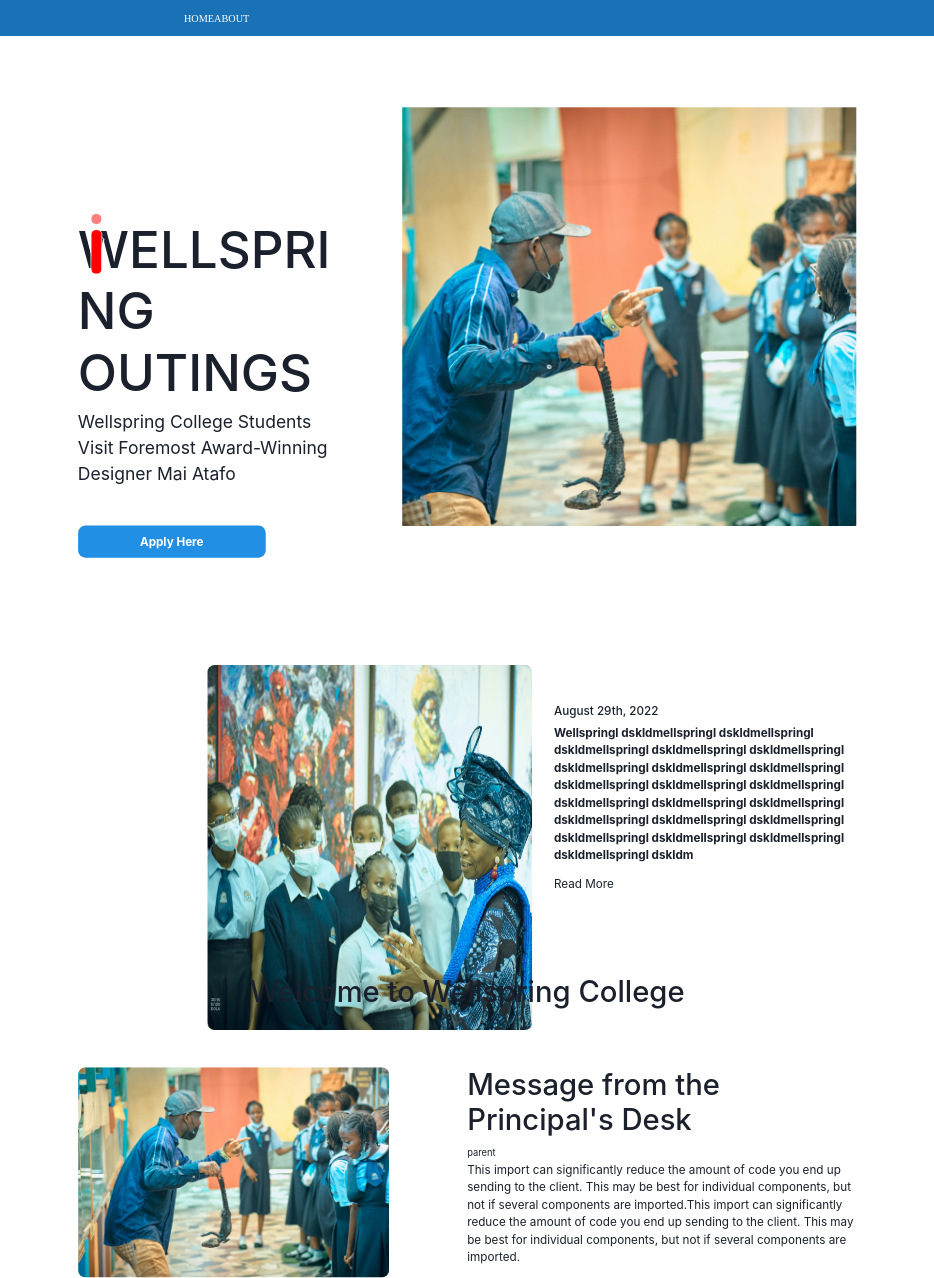
Repository: gr8skills/wellspring-school-forked
Page: /
These files come from the project's save history. The page is drawn as it stood at one moment and after the next save; the edit follows.
The browser window is 1280 px wide. The pictures show the whole page, at 73% of full size.
The project was rebuilt for these pictures with package versions that can differ from the ones it lists, and the page was loaded fresh each time. Also part of the build but not shown: src/components/Navbar/Dropdown.scss, src/components/Navbar/Dropdown.js, src/components/Calendar/Calendar.js.

Above is the page before, as saved 2022-12-01 18:19:47.

### src/index.css
body {
  /* margin: 0;
  font-family: -apple-system, BlinkMacSystemFont, 'Segoe UI', 'Roboto', 'Oxygen',
    'Ubuntu', 'Cantarell', 'Fira Sans', 'Droid Sans', 'Helvetica Neue',
    sans-serif;
  -webkit-font-smoothing: antialiased;
  -moz-osx-font-smoothing: grayscale; */
}

/* code {
  font-family: source-code-pro, Menlo, Monaco, Consolas, 'Courier New',
    monospace;
} */

### src/App.js
import logo from './logo.svg';
import './App.css';
import { BrowserRouter, Routes, Route, Link, Outlet } from "react-router-dom";
import "bootstrap/dist/css/bootstrap.min.css";

import NavBar from './components/Navbar/Navbar';
import { Home } from './pages/Home/Home';

function App() {
  return (


    <BrowserRouter>
      <NavBar />

      <Routes>
        <Route path="/" element={<Home />} />
        {/* <Route path="users" element={<Users />}>
          <Route path="me" element={<OwnUserProfile />} />
          <Route path=":id" element={<UserProfile />} />
        </Route> */}
      </Routes>
    </BrowserRouter>
  );
}

export default App;

### src/App.css
body{
}

.App {
  text-align: center;
    background-color:black;

}

.App-logo {
  height: 40vmin;
  pointer-events: none;
}

@media (prefers-reduced-motion: no-preference) {
  .App-logo {
    animation: App-logo-spin infinite 20s linear;
  }
}


@keyframes App-logo-spin {
  from {
    transform: rotate(0deg);
  }
  to {
    transform: rotate(360deg);
  }
}

### src/pages/Home/Home.js

import Carousel from "react-bootstrap/Carousel";
import Slider1 from "../../assets/slider1.png";
import Slider2 from "../../assets/slider2.png";
import { Sliders } from "../../components/Sliders/Sliders";
import { Button, ButtonGroup } from "@chakra-ui/react";

import "./_home.scss";
import { AppButton } from "../../components/AppButton/AppButton";
import { Calendar } from "../../components/Calendar/Calendar";
import { News } from "../../components/News/News";
export const Home =()=>{
    return (
      <>
        <div className="home-page-trans col-md-12 flexy">
          <div className="col-md-1">&nbsp;</div>
          <div className="col-md-10">
            {" "}
            <Carousel fade>
              <Carousel.Item>
                <div className="col-md-12 flexy">
                  <div className="col-md-4 slider-label">
                    <h1>Beyond the Classroom</h1>
                    <p>
                      Wellspring College Students Visit Foremost Award-Winning
                      Designer Mai Atafo
                    </p>
                  </div>
                  <div className="col-md-1">&nbsp;</div>
                  <div className="col-md-7">
                    <img
                      className="col-md-12 imgCaro"
                      src={Slider1}
                      alt="Scholar"
                    />
                  </div>
                </div>
              </Carousel.Item>

              <Carousel.Item>
                <div className="col-md-12 flexy">
                  <div className="col-md-4 slider-label">
                    <h1>WELLSPRING OUTINGS</h1>
                    <p>
                      Wellspring College Students Visit Foremost Award-Winning
                      Designer Mai Atafo
                    </p>
                  </div>
                  <div className="col-md-1">&nbsp;</div>

                  <div className="col-md-7">
                    <img
                      className="col-md-12 imgCaro"
                      src={Slider2}
                      alt="Scholar"
                    />
                  </div>
                </div>
              </Carousel.Item>
            </Carousel>
            <AppButton text="Apply Here" />
            {/* <Calendar month="Nov" day="10" year="2022" event="Open Day" time="10:00am-3:00pm"/> */}
            <News />
          </div>
        </div>
        <div className="col-md-12 welcome-message-title">
          <Sliders
            header="Welcome to Wellspring College"
            message="This import can significantly reduce the amount of code you end up sending to the client. This may be best for individual components, but not if several components are imported.This import can significantly reduce the amount of code you end up sending to the client. This may be best for individual components, but not if several components are imported."
            sliderImg={Slider2}
            title="Message from the Principal's Desk"
            speaker="parent"
          />
        </div>
      </>
    );
}

### src/components/Navbar/MenuItems.js
export const navMenus = {
    about: [
        // {title: 'About ' + process.env.REACT_APP_SITE_NAME, path: '/about', cName: 'dropdown-link'},
        // {title: 'Administrator’s Message', path: '/about/administrators-message', cName: 'dropdown-link'},
        // {title: 'Proprietor’s Message', path: '/about/proprietors-message', cName: 'dropdown-link'},
        // {title: 'History of the School', path: '/about/history', cName: 'dropdown-link'},
        // {title: 'Contact Us', path: '/about/contact-us', cName: 'dropdown-link'},
    ]
}

export default navMenus;

### src/components/Navbar/NavBar.module.css


.navCont{
    position: relative;
    /* display: flex; */
    width:25%;
    /* justify-content: space-between; */
    /* margin: 0 auto; */
    /* max-height: 5rem; */
    padding-left:220px;

}

.nav-links{
    font-size:10px !important;
}


.imgCont{
    position: relative;
}

/* .imgContent{
    position: absolute;
    z-index: 1;
    height: 6vw;

} */

/* .btnPortal{
    background-color: #4CA14900;
    color: #fff;
    height: 2.5rem;
    width: 7rem;
    font-size: 18px;
    border-radius: 5px;
    position: relative;
    outline: 0;
    border: 0;
    transition: 1.5s scale linear;
} */

/* .btnPortal:focus{
    outline: 0;
    border: 0;
} */

/* .btnPortal:hover{
    transform: scale(1.02);
    background-color: #4CA149CF;
} */

/* .fIcon{
    width: 30px;
    height: 30px;
    padding: 5px 5px;
    transform: translate(-6px, -1px);
} */

/* @media screen and (max-width: 960px) {
    .navCont{
        position: relative;
        display: flex;
        width: 100%;
        justify-content: space-between;
        margin: 0 auto;
        max-height: 5rem;

    }

    .imgContent{
        position: absolute;
        z-index: 1;
        height: 16vw;

    }

}


 */

### src/components/Navbar/_navbar.scss
@import "../../variables";





.navContainer{
    background:$themecolor;
    min-height: 3rem;
    position: fixed;
    z-index: 1;
    right: 0;
    width: 100%;
    top: 0;
}


.nav-list{
    display: flex;
    max-width: 70%;
    width: 70%;
    justify-content: space-between;
    list-style: none;
    color: #fff;
    font-family: monserat;
    transform: translateY(54%);
    margin: 0 !important;
}

.nav-list li{
    line-height: 25px;
    text-align: center;
    margin: 0;
    font-size: 14px;

}

/* .nav-list li a{
    color: #fff;
} */


.nav-item {
    height: auto;
    justify-content: center;
    display: flex;
}

.menu-icon{
    display: none;
}




.nav-links {
    color: #fff;
    display: flex;
    align-items: center;
    text-decoration: none;
    height: 100%;
    transition: all 0.2s ease-out;

}

.nav-links:hover {
    background-color: #fff;
    text-decoration: none;
    // padding:5px;
    color:$themecolor;
}


@media screen and (max-width: 600px) {
    .ph{
        display: none;
    }

@media screen and (max-width: 960px) {
    .nav-list{
        display: none;
    }
}

    .menu-icon{
        display: block;
    }

    .nav-list{
        display: flex;
        flex-direction: column;
        position: absolute;
        height: 42rem;
        width: 100%;
        max-width: 100% !important;
        top: 48px;
        transform: translateY(4%);
        /* z-index: 999; */
        opacity: 1;
        right: -100%;
        transition: all .5s linear;
    background-color: #4CA149;

    }
.mainMenu li a{
    line-height:20px !important;

}
    .nav-list.active{
        transition: all 0.3s ease-out;
        visibility: visible;
        transition: all .5s linear;
        right: 0;
        /* z-index: 1; */
    }

    .nav-list.active li {
        font-size: 4vw;
        position: relative;
        margin: 30px 0;
    }


    .fa-times{
        position: relative;
        float: right;
        width: 100%;
    }

    .fa-times, .fa-bars{
        font-size: 40px;
        color: #feed00;
        transition: all 1.5ms linear;
        transform: translate(-29px, 17px);

    }
.nav-links{
    display:none;
}
}




@media screen and (min-width: 960px) {
    .wrapper{
        display:none;
    }
}



/*for sidenav*/




.ph:hover{
    background-color:rgb(255, 165, 0) !important;
    opacity:1 !important
}
.wrapper{
    position: absolute;
    top: 50%;
    left: 50%;
    transform: translate(-50%, -50%);

}
.mainMenu{
    width: 250px;
    display: block;
    border-radius: 10px;
    overflow: hidden;
}
.mainMenu a{
  font-size:20px !important;
  font-weight:bold !important;
      font-family: monserat;
      /* margin-bottom:-20px; */
}
.item{
    border-top: 1px solid orange;
    overflow: hidden;
margin: top 0;
line-height: 20px !important;
}
.btn{
    display: block;
    padding: 15px 20px;
    color: #fff;
    position: relative;
    padding-left:5px !important;
    /* text-align:left !important; */

}
.btn:before{
    content: '';
    position: absolute;
    width: 0;
    height: 0;
    border-left: 8px solid transparent;
    border-right:8px solid transparent;
    /* border-top:10px solid rgba(0,128,0,0.9); */
    right: 15px;
    bottom: -10px;
    z-index: 9;

}
.btn i {
    margin-right: 7px;
    margin-left: -5px;
    font-size: 13px;
}
.subMenu{
    /* background:#A3DA8D !important; */
      overflow: hidden;
        /* background:rgba(78,161,73, 0.1)!important; */
        background:rgba(178,161,173, 0.1)!important;

    transition: max-height 0.7s;
max-height: 0;
z-index:300000000 !important;
position:relative !important;

}
.subMenu a{
    display: block;
    /* padding: 5px 10px !important; */
    color: #fff !important;
    font-size: 14px !important;
    border-bottom: 1px solid #394c7f;
    position: relative;
    margin-top:5px !important;


}
.subMenu a:before{
    content: '';
    opacity: 0;
    transition: opacity 0.3s;

}
.subMenu a:hover:before{
    content: '';
    position: absolute;
    height: 0;
    width: 6px;
    left: 0;
    top:0;
    opacity: 1;
    /* background-color: #d8d824; */
    border-top: 24px solid transparent;
    border-left: 11px solid #ffffff;
    border-bottom: 24px solid transparent;
}
.subMenu a:after{
    content: '';
    opacity: 0;
    transition: opacity 0.3s;

}
.subMenu a:hover:after{
    content: '';
    position: absolute;
    height: 0;
    width: 6px;
    right: 0px;
    top:0;
    opacity: 1;
    /* background-color: #d8d824; */
    border-top: 24px solid transparent;
    border-right: 11px solid #ffffff;
    border-bottom: 24px solid transparent;
}
.subMenu a:hover{
   background-color:orange;
    transition: all 0.3s;
    border-bottom: 2px solid #394c7f;
}
.subMenu a:last-child{
    border:none;
}
.item:target .subMenu{
    max-height: 300px;
        /* transition: max-height 0.7s !important; */

}

.login{
  background-color:#ED2f59;
  padding:5px 14px 5px 14px !important;
  border-radius:5px;
margin-right:55px;
margin-left:30px;
font-family: 'Poppins', sans-serif;

  }



.portal{
  background-color:rgb(221, 156, 35);
  /* padding:7px; */
  width:120px;
  margin-left:50px;
  border-radius:5px;
 padding:7px !important;
 font-size:5px !important;
 color:white !important;
    /* padding-bottom:6px !important; */
  margin-top:20px !important;
   font-size:11px !important;
      text-decoration: none;

  }

  .portal a{

  }

### src/components/Sliders/Sliders.js
import './_sliders.scss'

export const Sliders=(props)=>{
    return (
      <>
        <div className="col-md-12 slider-header">
          <h1>{props.header}</h1>
        </div>
        <div className="col-md-12 flexy slider-container">
          <div className="col-md-1">&nbsp;</div>
          <div className="col-md-4">
            <img
              className="col-md-12 imgCaro"
              src={props.sliderImg}
              alt="Scholar"
            />
          </div>
          <div className="col-md-1">&nbsp;</div>
          <div className="col-md-5">
            <h1>{props.title}</h1>
            <small>{props.speaker}</small>
            <p>{props.message}</p>
          </div>
        </div>
      </>
    );
}

### src/pages/Home/_home.scss
@import "../../variables";
@import "../../shared-styles";



.home-page-trans{
    img{
            margin-top:147px;
            height:100% !important;

    }
    .slider-label{
        margin-top:300px;
        h1{
                    font-size:70px;

        }
        p{
            font-size:24px;
        }
    }
    .carousel {
    position: relative;
    z-index: 0;

}
.carousel-inner {
    position: relative;
    width: 100%;
    overflow: hidden;
    height: 100vh;
}

.imgCaro{
    width: 100%;
    height: 100%;
    object-fit: cover;
}

.carousel-indicators > button.active {
    opacity: 1;
    max-width: 14px !important;
    max-height:60px  !important;
    min-width: 14px !important;
    min-height:60px  !important;
    background-color: red !important;
    border-color: #fff !important;
    outline: none;
    border: none;
    border-radius: 7px !important;

}

.carousel-indicators button{
    max-width: 14px !important;
    max-height: 14px !important;
    min-width: 14px !important;
    min-height: 14px !important;
    margin: 3px 5px !important;
    border-radius: 7px !important;
    background-color: red!important;
    border: 1px solid #fff !important;
    transition: all .5s linear ;

}

.carousel-indicators button:focus{
        outline:0;
        border-color: #4287BD;
}
.carousel-indicators  {
    position: absolute;
    right: 0;
    bottom: 10px;
    left: 0;
    z-index: 15;
    display: flex;
    flex-direction: column;
    height: 100%;
    justify-content: center;
    padding-left: 0;
    margin-right: 0;
    margin-left: 1vw;
    list-style: none;
    outline: none;
    border: none;
}

.carousel-control-next {
    left: 1vw;
    transform: rotate(-91deg);
    position: absolute;
    margin-top: 15% !important;
    justify-content: right !important;
    height: 10px;
    width: 18px !important;
    font-size: 50px;

}
.carousel-control-prev {
    left: 1.5vw;
    transform: rotate(91deg) !important;
    position: absolute;
    margin-top: 30% !important;
    justify-content: right !important;
    height: 10px;
    font-size: 50px;
    width: 20px !important;
}
// .carousel-control-prev::after{
//     content: url('../../assets/DownArrows.svg');
//     background-color: red;
//     font-size: 54px;
//     z-index: 100;
//     right: 0;
//     width: 20px;
//     height: 80px;
// }
// .carousel-control-next::after{
//     content: url('../../assets/DownArrows.svg');
//     background-color: red !important;
//     font-size: 54px;
//     z-index: 1000000000000000000000000000;
//     position:relative;
//     right: 0;
//     width: 20px;
//     height: 80px;
// }
}

### src/components/AppButton/AppButton.js
import { Button, ButtonGroup } from "@chakra-ui/react";
import "./_app-button.scss";
export const AppButton =(props)=>{
    return (
      <button className="app-button">
        {props.text}
      </button>
    );
}

### src/components/News/News.js
import "./_news.scss";
import Slider1 from "../../assets/slider1.png";
import { Link, NavLink } from "react-router-dom";

export const News=()=>{
return (
  <>
    <div className="col-md-12 flexy news-container">
      <div className="col-md-2">&nbsp;</div>
      <div className="col-md-10 flexy">
        <div className="col-md-6">
          {" "}
          <img className="col-md-12" src={Slider1} alt="Scholar" />
        </div>
        <div className="col-md-6 news-description">
          <h6>August 29th, 2022</h6>
          <p>
            <strong>Wellspringl dskldmellspringl dskldmellspringl dskldmellspringl dskldmellspringl dskldmellspringl dskldmellspringl dskldmellspringl dskldmellspringl dskldmellspringl dskldmellspringl dskldmellspringl dskldmellspringl dskldmellspringl dskldmellspringl dskldmellspringl dskldmellspringl dskldmellspringl dskldmellspringl dskldmellspringl dskldmellspringl dskldmellspringl dskldm</strong>
          </p>
          <Link to="#">Read More</Link>
        </div>
      </div>
    </div>
  </>
);
}

### src/_variables.scss
$themecolor:#1972B6;
$themecolor2:rgb(32,143,228);

### src/components/Sliders/_sliders.scss
@import "../../variables";
@import "../../shared-styles";


.slider-header{
    text-align: center;
    margin-top:70px;
    margin-bottom:80px;
    font-size:50px;
}
.slider-container{
    img{
         position: relative;
    width: 100%;
    overflow: hidden;
    height: 40vh;
    border-radius:10px;;
            object-fit: cover;

    }
}

### src/_shared-styles.scss
@media screen and (max-width:620px){
    .flexyM{
        display:flex;
    }
}@media screen and (min-width:620px){
    .flexy{
        display:flex;
    }
}

### src/components/AppButton/_app-button.scss
@import "../../shared-styles";
@import "./overides";
@import "../../variables";

.app-button{
    background-color:$themecolor2;
    color:white;
    padding:10px 85px;
    font-weight:bold;
    border-radius:10px;
}

### src/components/Calendar/_calendar.scss
@import "../../shared-styles";
@import "../../variables";



.calendar-container{
    .calendar-box{
background-color:$themecolor2;
height:100px;
width:110px;
border-radius: 10px;
color:#fff;
    text-align: center;
    padding:10px 0;

    }
    p{
        color:grey;
    }
    .calendar-day{
        font-size:35px;
    }
    .calendar-description{
        font-size:25px;
    }
}

### src/components/News/_news.scss
@import "../../shared-styles";
@import "../../variables";
.news-container{
    img{
        width:100%;
        border-radius: 10px;
    }
    .news-description{
        margin-top:200px;
        margin-left:30px;
    }
}

### src/components/AppButton/_overides.scss
@import "../../variables";



.css-jut409{
    background-color:$themecolor;
    padding:140px !important;
}

Loaded but not shown: public/index.html (common file); src/index.js (common file); src/reportWebVitals.js (common file); src/components/Navbar/Navbar.js (300 lines, source omitted)

After the next save:
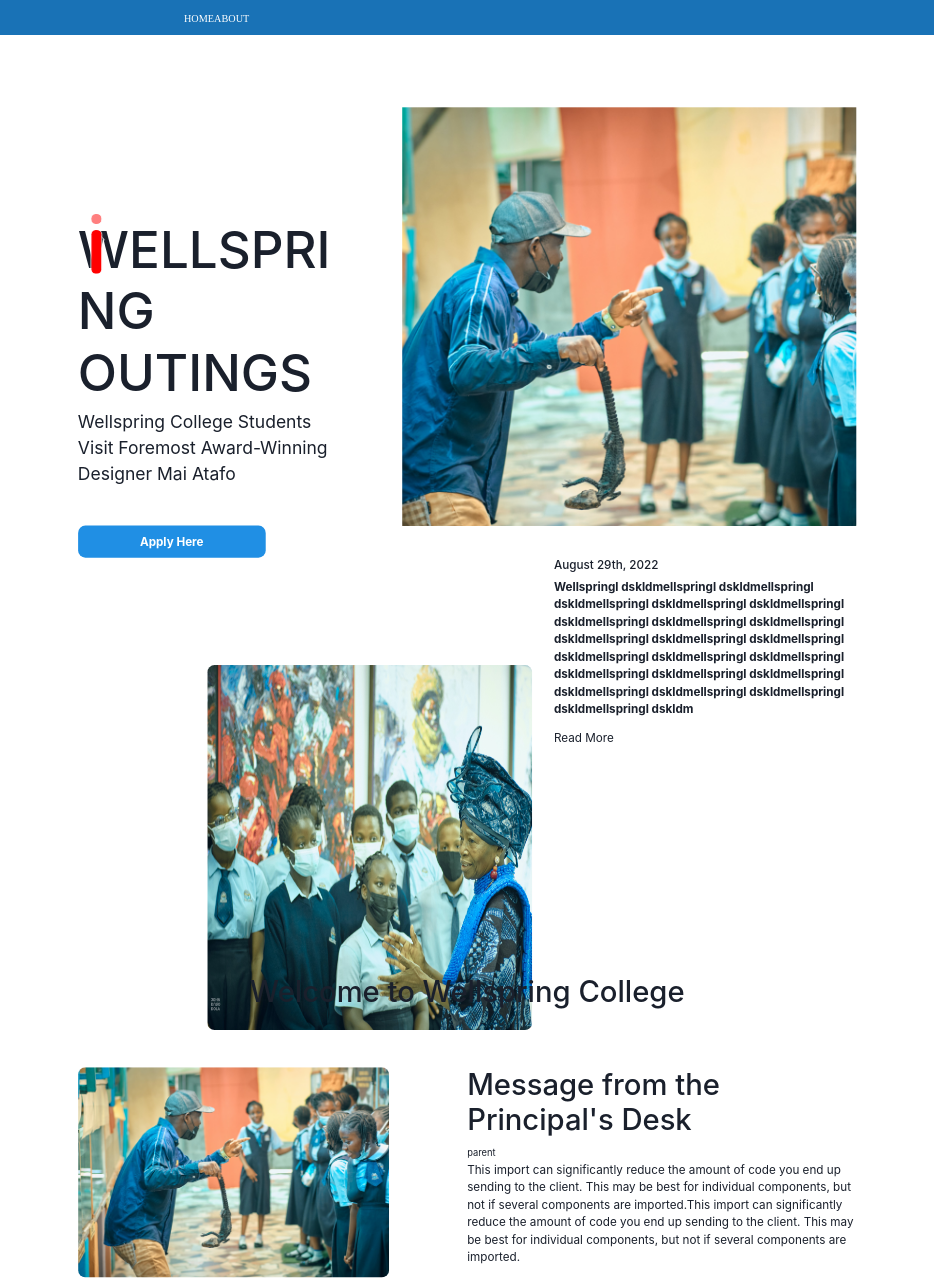
Saved 10 s later.
--- a/src/components/News/_news.scss
+++ b/src/components/News/_news.scss
@@ -6,7 +6,7 @@
         border-radius: 10px;
     }
     .news-description{
-        margin-top:200px;
+        // margin-top:200px;
         margin-left:30px;
     }
 }

After the save that followed:
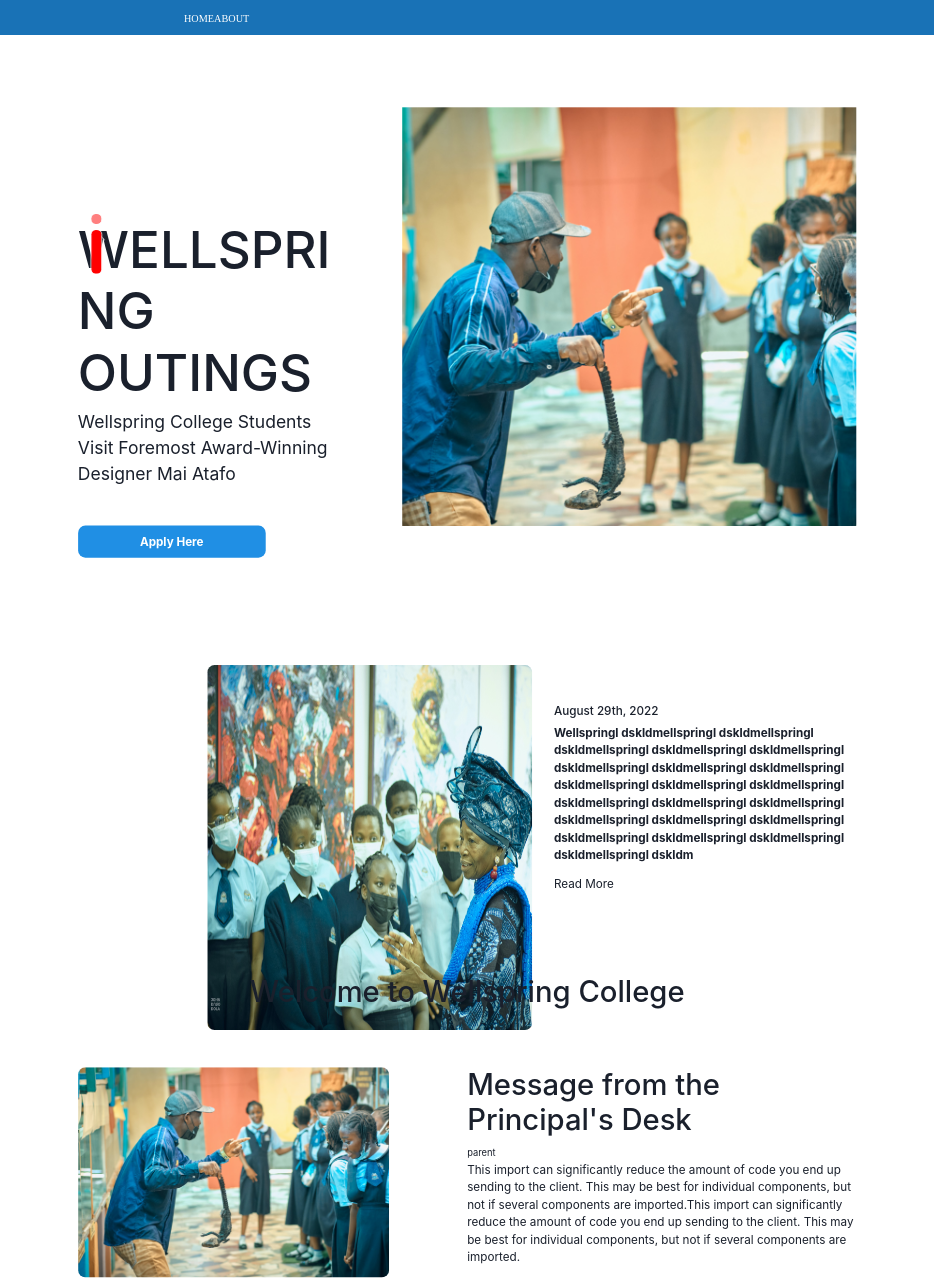
Saved 19 s later.
--- a/src/components/News/_news.scss
+++ b/src/components/News/_news.scss
@@ -6,7 +6,7 @@
         border-radius: 10px;
     }
     .news-description{
-        // margin-top:200px;
+        margin-top:200px;
         margin-left:30px;
     }
 }
